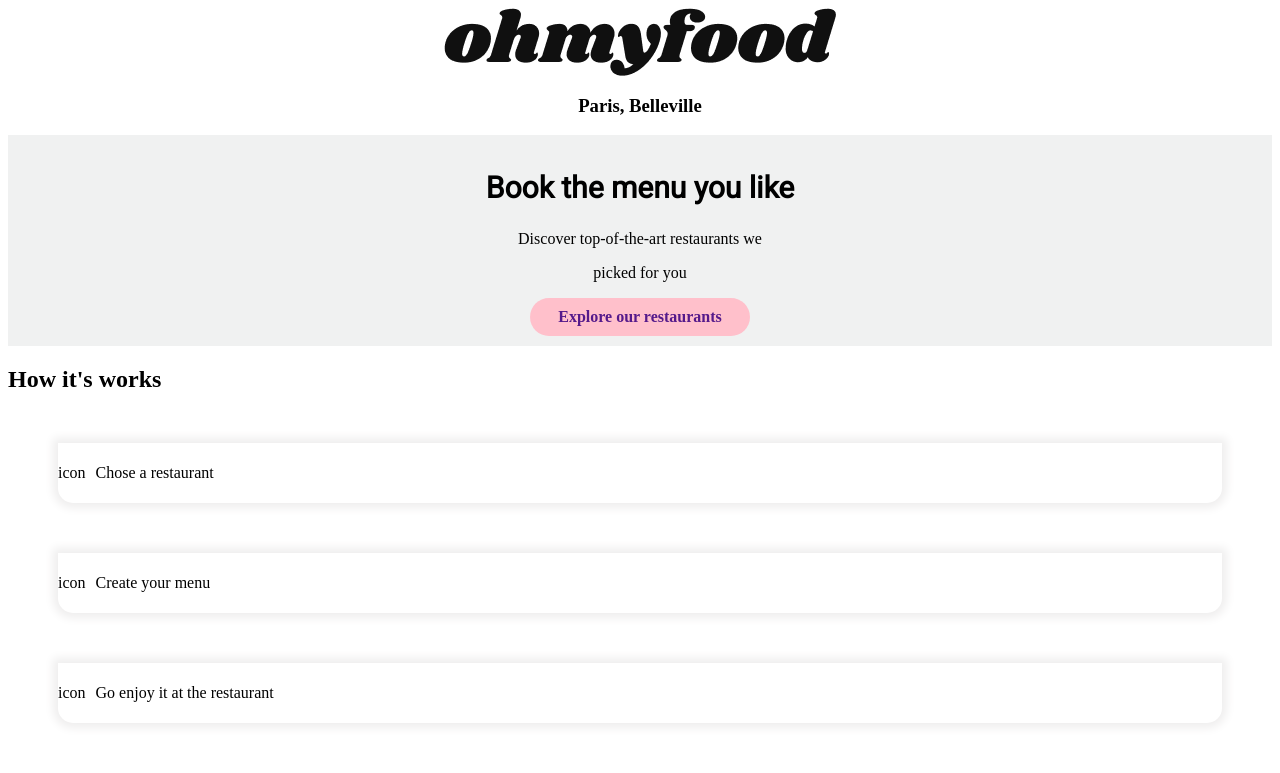
Repository: ailahin/ohmyfood
Page: Index.html
These files come from the project's save history. The page is drawn as it stood at one moment and after the next save; the edit follows.
The browser window is 1280 px wide. The pictures show the whole page.
Some web fonts or font styles are not loaded; a fallback is used.

Above is the page before, as saved 2023-08-11 03:33:27.

After the next save:
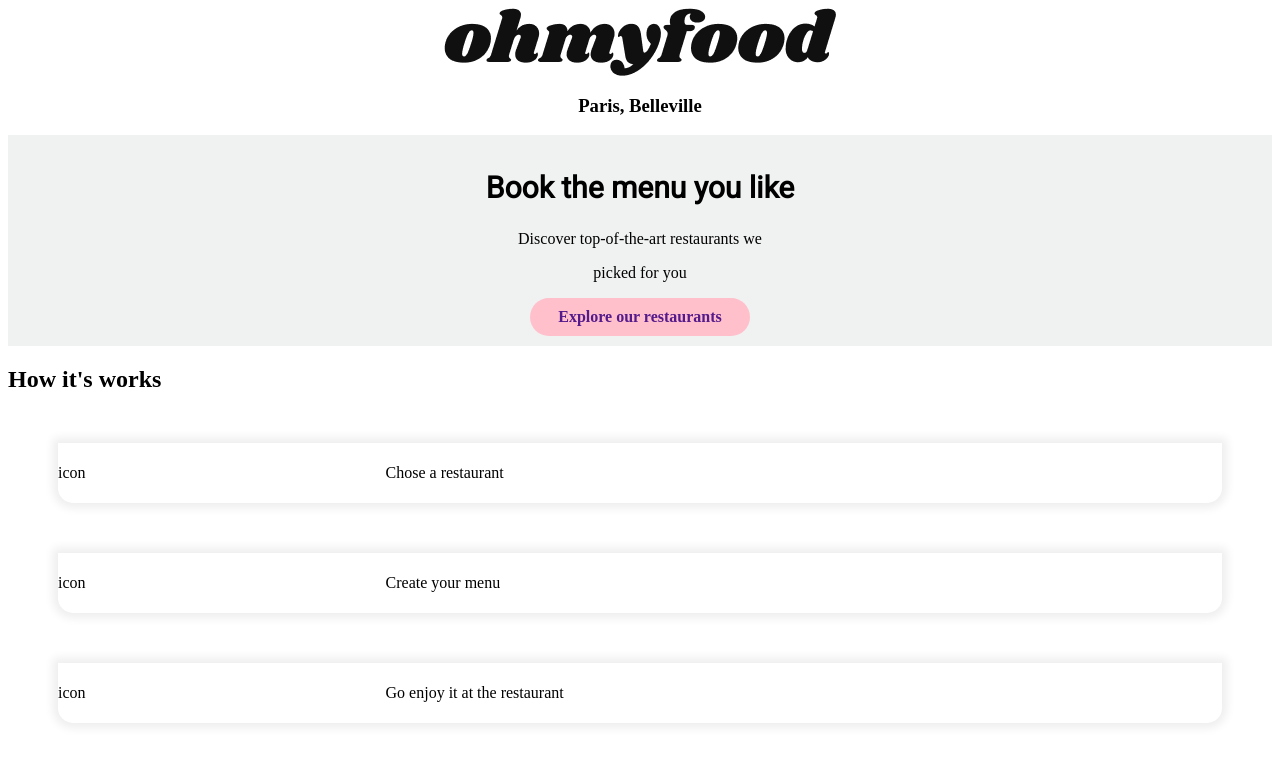
Saved 10 s later.
--- a/index.css
+++ b/index.css
@@ -65,7 +65,7 @@ nav{
 }
 
 .card-text{
-    margin-left: 10Px;
+    margin-left: 300px;
 
 
 
